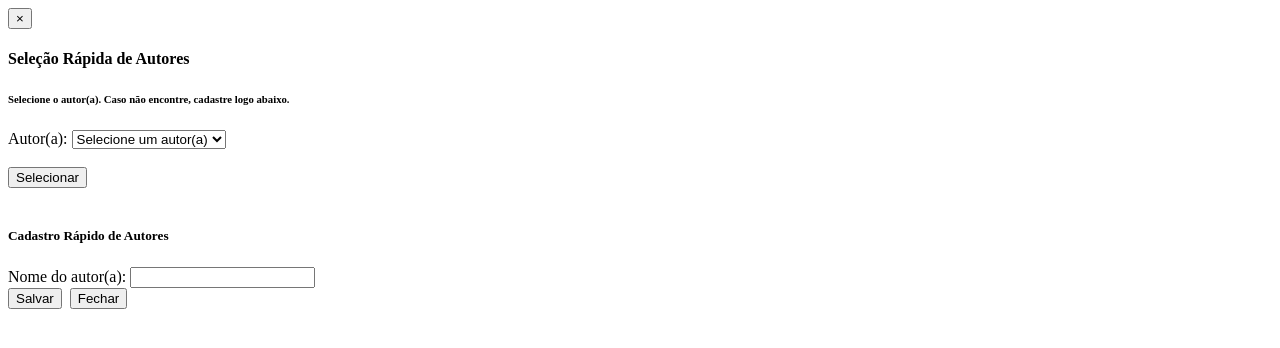
Repository: rrgonzaga/projeto-teste-biblioteca
Page: http://localhost/autor/CadastroRapidoAutor
The author's editor kept a copy of each file at every save. The page is drawn from the files as they stood at one save, then again after the next save.
The browser window is 1280 px wide. The pictures show the whole page.
The page is this project's Thymeleaf template; nobody is signed in. The template is opened directly, without the code that normally fills it, so the values that code supplies are empty.

Above is the page before, as saved 2018-11-21 03:01:39.

### biblioteca/src/main/resources/templates/autor/CadastroRapidoAutor.html
<!DOCTYPE html>
<html lang="pt" xmlns="http://www.w3.org/1999/xhtml"
xmlns:th="http://www.thymeleaf.org">

<head></head>

<body>
	<!-- Modal -->
	<div class="modal fade" id="CadastroRapidoAutor-modal" tabindex="-1" role="dialog" th:fragment="CadastroRapidoAutor-modal">
	  <div class="modal-dialog modal-lg" >
	    <div class="modal-content">
	      <div class="modal-header">
	        <button type="button" class="close" data-dismiss="modal" ><span aria-hidden="true">&times;</span></button>
	        <h4 class="modal-title" id="myModalLabel">Seleção Rápida de Autores</h4>
	      </div>
	      <div class="modal-body">
	      	<form class="form-horizontal" th:action="@{/autores}">
		      	<div id="SelecaoRapida">
		      		<div class="">
		      			<h6>Selecione o autor(a). Caso não encontre, cadastre logo abaixo.</h6>
		      			<label for="" class="control-label">Autor(a):</label>
	      				<select id="sel-autor-modal" class="form-control">
	      					<option value="">Selecione um autor(a)</option>
	      					<option th:each="autor: ${autores}" th:value="${autor.codigo}" th:text="${autor.nome}"></option>
	      				</select>
		      		</div>
	      		    <br>
		      		<div class="text-right">
		      			<button id="btnSelecionar-modal" type="button" class="btn btn-primary">Selecionar</button>
		      		</div>
	      		</div>
		      	<br>
		      	<div id="CadastroRapido">
		      		<div id="js-mensagem-cadastro-rapido-autores" class="alert alert-danger hidden" role="alert"></div>
		      		<h5 class="text-center warning">Cadastro Rápido de Autores</h5>
		      		<div id="form-group-input-nome-autor" class="">
		      			<label for="id-autor-modal" class="col-sm-1 control-label">Nome do autor(a):</label>
		      			<input type="text" id="id-autor-modal" class="form-control">
		      		</div>
	      		</div>

	      	</form>
	      </div>
	      <div class="modal-footer">
	        <button id="btnSalvar-modal" type="button" class="btn btn-default">Salvar</button>&nbsp;
	        <button type="button" class="btn btn-default" data-dismiss="modal">Fechar</button>
	      </div>
	    </div>
	  </div>
	</div>
	<!-- Fim Modal -->

</body>
</html>

After the next save:
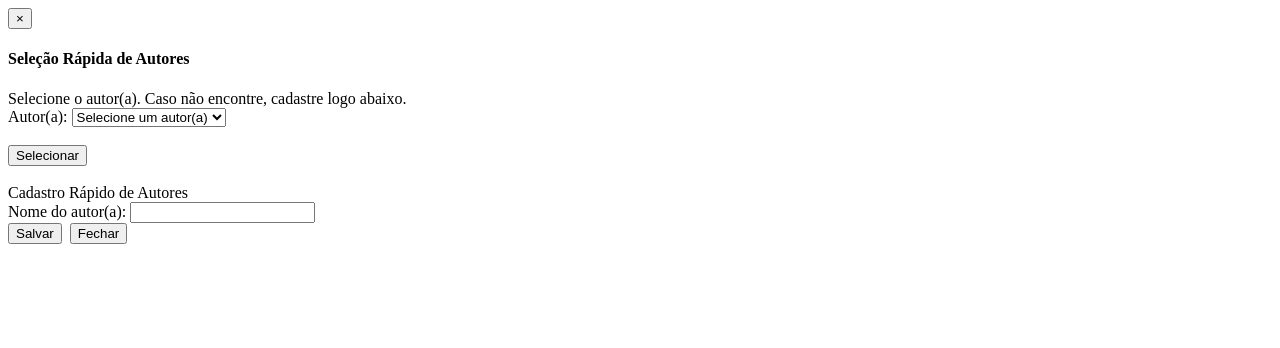
Saved 11 min 11 s later.
--- a/biblioteca/src/main/resources/templates/autor/CadastroRapidoAutor.html
+++ b/biblioteca/src/main/resources/templates/autor/CadastroRapidoAutor.html
@@ -17,7 +17,7 @@ xmlns:th="http://www.thymeleaf.org">
 	      	<form class="form-horizontal" th:action="@{/autores}">
 		      	<div id="SelecaoRapida">
 		      		<div class="">
-		      			<h6>Selecione o autor(a). Caso não encontre, cadastre logo abaixo.</h6>
+		      			<div class="alert alert-info" role="alert">Selecione o autor(a). Caso não encontre, cadastre logo abaixo.</div>
 		      			<label for="" class="control-label">Autor(a):</label>
 	      				<select id="sel-autor-modal" class="form-control">
 	      					<option value="">Selecione um autor(a)</option>
@@ -32,7 +32,7 @@ xmlns:th="http://www.thymeleaf.org">
 		      	<br>
 		      	<div id="CadastroRapido">
 		      		<div id="js-mensagem-cadastro-rapido-autores" class="alert alert-danger hidden" role="alert"></div>
-		      		<h5 class="text-center warning">Cadastro Rápido de Autores</h5>
+		      		<div class="alert alert-warning" role="alert">Cadastro Rápido de Autores</div>
 		      		<div id="form-group-input-nome-autor" class="">
 		      			<label for="id-autor-modal" class="col-sm-1 control-label">Nome do autor(a):</label>
 		      			<input type="text" id="id-autor-modal" class="form-control">
